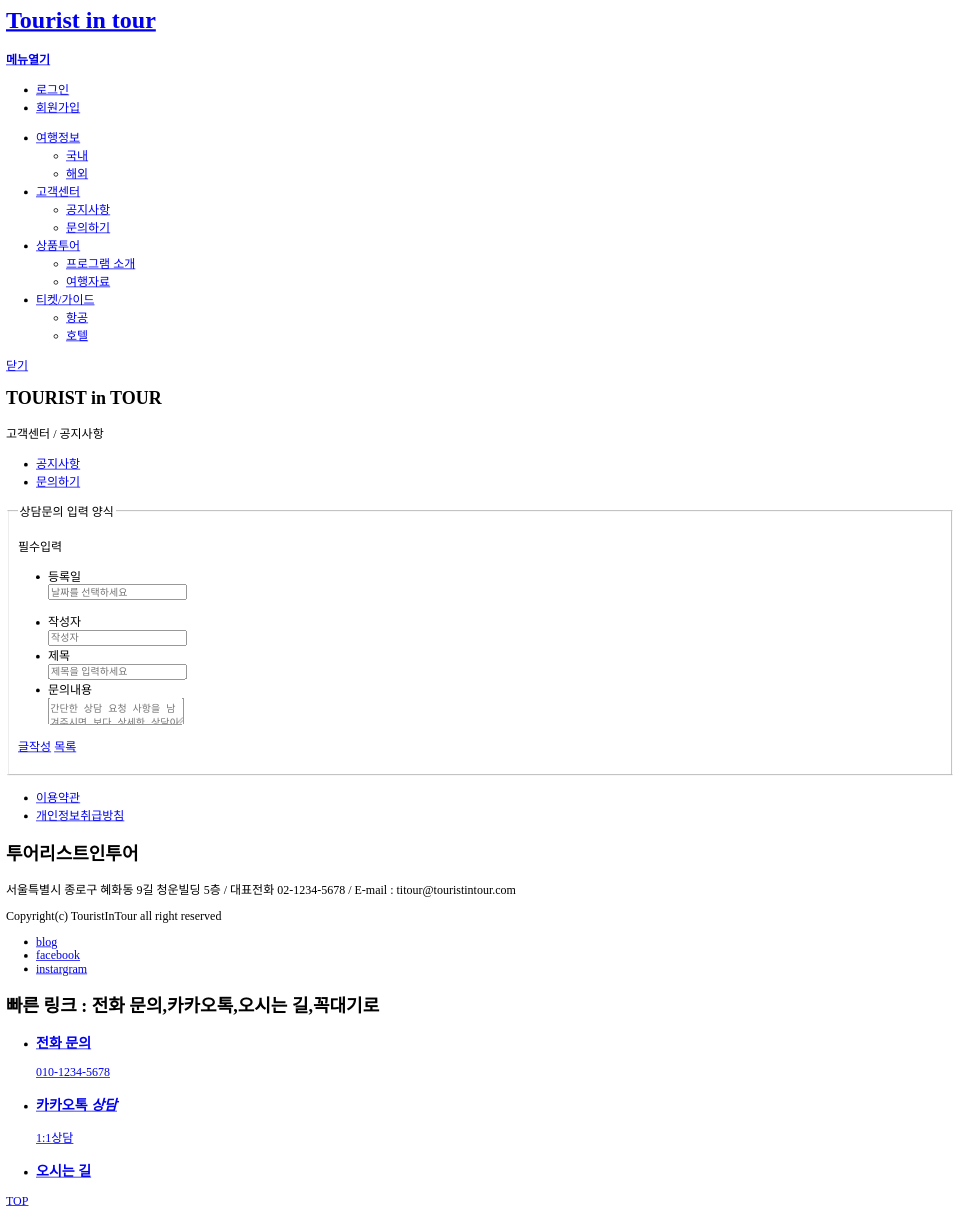
Repository: finecool00/SpringEx
Page: http://localhost/SpringMyweb/WEB-INF/views/trip/notice_write.jsp
An editor plug-in stored every save of this project. The page is shown before and after the next save, followed by the edit.
The browser window is 1280 px wide. The pictures show the whole page, at 75% of full size.
The page is served by Tomcat 9. Nobody is signed in. Other server files are loaded and not shown. The template is opened directly, without the code that normally fills it, so the values that code supplies are empty.

Above is the page before, as saved 2023-07-25 02:52:25.
Console error: ReferenceError: jQuery is not defined

### SpringMyweb/src/main/webapp/WEB-INF/views/trip/notice_write.jsp
<%@ page language="java" contentType="text/html; charset=UTF-8"
    pageEncoding="UTF-8"%>

    <!-- 데이트피커 -->
    <link rel="stylesheet" href="https://code.jquery.com/ui/1.13.2/themes/base/jquery-ui.css">
    <script src="https://code.jquery.com/ui/1.13.2/jquery-ui.js"></script>
    <script>
    $( function() {
        $( "#datepicker_a" ).datepicker();
        $( "#datepicker_a" ).datepicker( "option", "dateFormat", "yy-mm-dd");
    });
    </script>


</head>

<body>

<!-- wrap -->
<div id="wrap">

	<header id="header">
		<div class="header_area box_inner clear">
			<h1><a href="javascript:;">Tourist in tour</a></h1>
			<p class="openMOgnb"><a href="#"><b class="hdd">메뉴열기</b> <span></span><span></span><span></span></a></p>
			<!-- header_cont -->
			<div class="header_cont">
				<ul class="util clear">
					<li><a href="javascript:;">로그인</a></li>
					<li><a href="javascript:;">회원가입</a></li>
				</ul>
				<nav>
				<ul class="gnb clear">
					<li><a href="javascript:;" class="openAll1">여행정보</a>

                        <div class="gnb_depth gnb_depth2_1">
                            <ul class="submenu_list">
                                <li><a href="javascript:;">국내</a></li>
                                <li><a href="javascript:;">해외</a></li>
                            </ul>
                        </div>
					</li>
					<li><a href="javascript:;" class="openAll2">고객센터</a>
				        <div class="gnb_depth gnb_depth2_2">
                            <ul class="submenu_list">
                                <li><a href="javascript:;">공지사항</a></li>
                                <li><a href="javascript:;">문의하기</a></li>
                            </ul>
                        </div>
					</li>
					<li><a href="javascript:;" class="openAll3">상품투어</a>
                        <div class="gnb_depth gnb_depth2_3">
                            <ul class="submenu_list">
                                <li><a href="javascript:;">프로그램 소개</a></li>
                                <li><a href="javascript:;">여행자료</a></li>
                            </ul>
                        </div>
					</li>
					<li><a href="javascript:;" class="openAll4">티켓/가이드</a>
                        <div class="gnb_depth gnb_depth2_4">
                            <ul class="submenu_list">
                                <li><a href="javascript:;">항공</a></li>
                                <li><a href="javascript:;">호텔</a></li>
                            </ul>
                        </div>
					</li>
				</ul>
                </nav>
				<p class="closePop"><a href="javascript:;">닫기</a></p>
			</div>
			<!-- //header_cont -->
		</div>
	</header>

	<div id="container">
		<!-- location_area -->
		<div class="location_area customer">
			<div class="box_inner">
				<h2 class="tit_page">TOURIST <span class="in">in</span> TOUR</h2>
				<p class="location">고객센터 <span class="path">/</span> 공지사항</p>
				<ul class="page_menu clear">
					<li><a href="#" class="on">공지사항</a></li>
					<li><a href="#">문의하기</a></li>
				</ul>
			</div>
		</div>
		<!-- //location_area -->

		<!-- bodytext_area -->
		<div class="bodytext_area box_inner">
			<!-- appForm -->
			<form action="#" class="appForm">
				<fieldset>
					<legend>상담문의 입력 양식</legend>
					<p class="info_pilsoo pilsoo_item">필수입력</p>
					<ul class="app_list">
                        <li class="clear">
                            <label for="email_lbl" class="tit_lbl pilsoo_item">등록일</label>
                            <div class="app_content email_area">
                                <input type="text" id="datepicker_a" placeholder="날짜를 선택하세요"></p>
                            </div>
						</li>

						<li class="clear">
                            <label for="email_lbl" class="tit_lbl pilsoo_item">작성자</label>
                            <div class="app_content email_area">
								<input type="hidden" />
                                <input type="text" placeholder="작성자"/>

                            </div>
						</li>
						<li class="clear">
							<label for="name_lbl" class="tit_lbl pilsoo_item">제목</label>
							<div class="app_content"><input type="text" class="w100p" id="name_lbl" placeholder="제목을 입력하세요"/></div>
						</li>


						<li class="clear">
							<label for="content_lbl" class="tit_lbl">문의내용</label>
							<div class="app_content"><textarea id="content_lbl" class="w100p" placeholder="간단한 상담 요청 사항을 남겨주시면 보다 상세한 상담이 가능합니다.
전화 상담 희망시 기재 부탁드립니다."></textarea></div>
						</li>
					</ul>
					<p class="btn_line">
                        <a href="javascript:;" class="btn_baseColor">글작성</a>
                        <a href="javascript:;" class="btn_baseColor">목록</a>

                    </p>
				</fieldset>
			</form>
			<!-- //appForm -->

		</div>
		<!-- //bodytext_area -->

	</div>
	<!-- //container -->

	<footer>
		<div class="foot_area box_inner">
			<ul class="foot_list clear">
				<li><a href="javascript:;">이용약관</a></li>
				<li><a href="javascript:;">개인정보취급방침</a></li>
			</ul>
			<h2>투어리스트인투어</h2>
            <p class="addr">서울특별시 종로구 혜화동 9길 청운빌딩 5층 <span class="gubun">/</span>
				<span class="br_line">대표전화 <span class="space0">02-1234-5678</span> <span class="gubun">/</span>
					<span class="br_line">E-mail : <span class="space0"> titour@touristintour.com</span></span>
				</span>
			</p>
			<p class="copy box_inner">Copyright(c) TouristInTour all right reserved</p>
			<ul class="snslink clear">
				<li><a href="javascript:;">blog</a></li>
				<li><a href="javascript:;">facebook</a></li>
				<li><a href="javascript:;">instargram</a></li>
			</ul>
		</div>
	</footer>

</div>
<!-- //wrap -->

<h2 class="hdd">빠른 링크 : 전화 문의,카카오톡,오시는 길,꼭대기로</h2>
<div class="quick_area">
	<ul class="quick_list">
		<li><a href="tel:010-7184-4403"><h3>전화 문의</h3><p>010-1234-5678</p></a></li>
		<li><a href="javascript:;"><h3>카카오톡 <em>상담</em></h3><p>1:1상담</p></a></li>
		<li><a href="javascript:;"><h3 class="to_contact">오시는 길</h3></a></li>
	</ul>
	<p class="to_top"><a href="#layout0" class="s_point">TOP</a></p>
</div>

</body>
</html>

After the next save:
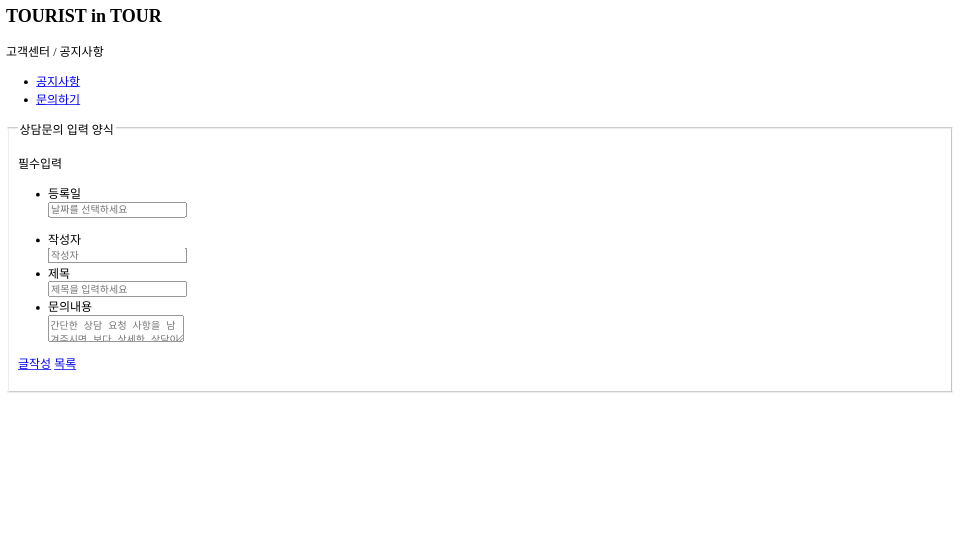
Saved 22 s later.
--- a/SpringMyweb/src/main/webapp/WEB-INF/views/trip/notice_write.jsp
+++ b/SpringMyweb/src/main/webapp/WEB-INF/views/trip/notice_write.jsp
@@ -11,66 +11,6 @@
     });
     </script>
 
-
-</head>
-
-<body>
-
-<!-- wrap -->
-<div id="wrap">
-
-	<header id="header">
-		<div class="header_area box_inner clear">
-			<h1><a href="javascript:;">Tourist in tour</a></h1>
-			<p class="openMOgnb"><a href="#"><b class="hdd">메뉴열기</b> <span></span><span></span><span></span></a></p>
-			<!-- header_cont -->
-			<div class="header_cont">
-				<ul class="util clear">
-					<li><a href="javascript:;">로그인</a></li>
-					<li><a href="javascript:;">회원가입</a></li>
-				</ul>
-				<nav>
-				<ul class="gnb clear">
-					<li><a href="javascript:;" class="openAll1">여행정보</a>
-
-                        <div class="gnb_depth gnb_depth2_1">
-                            <ul class="submenu_list">
-                                <li><a href="javascript:;">국내</a></li>
-                                <li><a href="javascript:;">해외</a></li>
-                            </ul>
-                        </div>
-					</li>
-					<li><a href="javascript:;" class="openAll2">고객센터</a>
-				        <div class="gnb_depth gnb_depth2_2">
-                            <ul class="submenu_list">
-                                <li><a href="javascript:;">공지사항</a></li>
-                                <li><a href="javascript:;">문의하기</a></li>
-                            </ul>
-                        </div>
-					</li>
-					<li><a href="javascript:;" class="openAll3">상품투어</a>
-                        <div class="gnb_depth gnb_depth2_3">
-                            <ul class="submenu_list">
-                                <li><a href="javascript:;">프로그램 소개</a></li>
-                                <li><a href="javascript:;">여행자료</a></li>
-                            </ul>
-                        </div>
-					</li>
-					<li><a href="javascript:;" class="openAll4">티켓/가이드</a>
-                        <div class="gnb_depth gnb_depth2_4">
-                            <ul class="submenu_list">
-                                <li><a href="javascript:;">항공</a></li>
-                                <li><a href="javascript:;">호텔</a></li>
-                            </ul>
-                        </div>
-					</li>
-				</ul>
-                </nav>
-				<p class="closePop"><a href="javascript:;">닫기</a></p>
-			</div>
-			<!-- //header_cont -->
-		</div>
-	</header>
 
 	<div id="container">
 		<!-- location_area -->
@@ -135,40 +75,3 @@
 
 	</div>
 	<!-- //container -->
-
-	<footer>
-		<div class="foot_area box_inner">
-			<ul class="foot_list clear">
-				<li><a href="javascript:;">이용약관</a></li>
-				<li><a href="javascript:;">개인정보취급방침</a></li>
-			</ul>
-			<h2>투어리스트인투어</h2>
-            <p class="addr">서울특별시 종로구 혜화동 9길 청운빌딩 5층 <span class="gubun">/</span>
-				<span class="br_line">대표전화 <span class="space0">02-1234-5678</span> <span class="gubun">/</span>
-					<span class="br_line">E-mail : <span class="space0"> titour@touristintour.com</span></span>
-				</span>
-			</p>
-			<p class="copy box_inner">Copyright(c) TouristInTour all right reserved</p>
-			<ul class="snslink clear">
-				<li><a href="javascript:;">blog</a></li>
-				<li><a href="javascript:;">facebook</a></li>
-				<li><a href="javascript:;">instargram</a></li>
-			</ul>
-		</div>
-	</footer>
-
-</div>
-<!-- //wrap -->
-
-<h2 class="hdd">빠른 링크 : 전화 문의,카카오톡,오시는 길,꼭대기로</h2>
-<div class="quick_area">
-	<ul class="quick_list">
-		<li><a href="tel:010-7184-4403"><h3>전화 문의</h3><p>010-1234-5678</p></a></li>
-		<li><a href="javascript:;"><h3>카카오톡 <em>상담</em></h3><p>1:1상담</p></a></li>
-		<li><a href="javascript:;"><h3 class="to_contact">오시는 길</h3></a></li>
-	</ul>
-	<p class="to_top"><a href="#layout0" class="s_point">TOP</a></p>
-</div>
-
-</body>
-</html>
